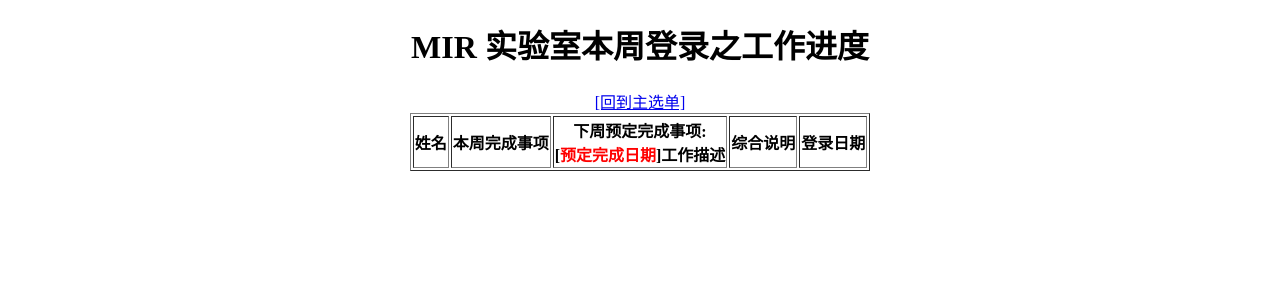
Repository: Cucujn/TRY
Page: http://localhost/WeeklyReport/listEachWeek.jsp?weekDiff=0
An editor plug-in stored every save of this project. The page is shown before and after the next save, followed by the edit.
The browser window is 1280 px wide. The pictures show the whole page.
The page is served by Tomcat 9. Other server files are loaded and not shown.

Above is the page before, as saved 2017-12-05 11:48:31.

### WeeklyReport/WebContent/listEachWeek.jsp
<%@ page language="java" contentType="text/html; charset=UTF-8"
    pageEncoding="UTF-8"%>
<%@ page import="java.io.*,java.sql.*,java.util.*" %>
<%@ page import="com.database.*" %>
<jsp:useBean id="DB" class="com.database.Db" scope="page"></jsp:useBean>
<!DOCTYPE html PUBLIC "-//W3C//DTD HTML 4.01 Transitional//EN" "http://www.w3.org/TR/html4/loose.dtd">
<html>
<head>
<meta http-equiv="Content-Type" content="text/html; charset=UTF-8">
<%
	String day = request.getParameter("weekDiff");
%>
	<% if("0".equals(day)){ %>
	<title>实验室本周之工作进度</title>
	<center>
	<h1>MIR 实验室本周登录之工作进度</h1>
	</center>
	<%}else{ %>
	<title>MIR 实验室前<%=day%>周登录之工作进度</title>
	<center>
	<h1>MIR 实验室周前<%=day%> 周登录之工作进度</h1>
	</center>
	<%}
%>
<%
	ResultSet rs = null;
%>
</head>
<body>
<center><a href="default.jsp">[回到主选单]</a></center>
<table border="1" align="center">
<tr>
	<th>姓名</th>
	<th>本周完成事项</th>
	<th>下周预定完成事项:<br>[<font color="red">预定完成日期</font>]工作描述</th>
	<th>综合说明</th>
	<th>登录日期</th>
</tr>
</table>
</body>
</html>

### WeeklyReport/src/com/database/Db.java
package com.database;
import java.sql.*;
public class Db {
	private static final String driver = "com.mysql.jdbc.Driver";
	private static final String url = "jdbc:mysql://localhost:3306/chhenjn?useUnicode=true&characterEncoding=UTF-8";
	private static final String username = "root";
	private static final String password = "123456";
	public static Connection conn = null;

	// 静态代码块负责加载驱动

	static {
		try {
			Class.forName(driver);
		} catch (Exception ex) {
			ex.printStackTrace();
		}
	}

	/*
	 * 单例模式返回数据库连接对象
	 */
	//连接数据库
	public static Connection getConnection() throws Exception {
		if (conn == null) {
			conn = DriverManager.getConnection(url, username, password);
			return conn;
		}
		return conn;
	}
	//选择
	public ResultSet select(String sql) throws Exception {
        Connection conn = null;
        Statement stmt = null;
        ResultSet rs = null;
        try {
            conn = getConnection();
            stmt = conn.createStatement();
            rs = ((java.sql.Statement) stmt).executeQuery(sql);
            return rs;
        } catch (SQLException sqle) {
            throw new SQLException("select data exception: "
                    + sqle.getMessage());
        } catch (Exception e) {
            throw new Exception("System e exception: " + e.getMessage());
        }

    }

	// 增加记录
		public void insert(String sql) throws Exception {
	        Connection conn = null;
	        PreparedStatement ps = null;
	        try {
	            conn = getConnection();
	            ps = (PreparedStatement) conn.prepareStatement(sql);
	            ps.executeUpdate();
	        } catch (SQLException sqle) {
	            throw new Exception("insert data exception: " + sqle.getMessage());
	        } finally {
	            try {
	                if (ps != null) {
	                    ps.close();
	                }
	            } catch (Exception e) {
	                throw new Exception("ps close exception: " + e.getMessage());
	            }
	        }
	        try {
	            if (conn != null) {
	                conn.close();
	            }
	        } catch (Exception e) {
	            throw new Exception("connection close exception: " + e.getMessage());
	        }
	    }

		// 更新
		public void update(String sql) throws Exception {
		        Connection conn = null;
		        PreparedStatement ps = null;
		        try {
		            conn = getConnection();
		            ps = (PreparedStatement) conn.prepareStatement(sql);
		            ps.executeUpdate();
		        } catch (SQLException sqle) {
		            throw new Exception("update exception: " + sqle.getMessage());
		        } finally {
		            try {
		                if (ps != null) {
		                    ps.close();
		                }
		            } catch (Exception e) {
		                throw new Exception("ps close exception: " + e.getMessage());
		            }
		        }
		        try {
		            if (conn != null) {
		                conn.close();
		            }
		        } catch (Exception e) {
		            throw new Exception("connection close exception: " + e.getMessage());
		        }
		    }

		//删除
		 public void delete(String sql) throws Exception {
		        Connection conn = null;
		        PreparedStatement ps = null;
		        try {
		            conn = getConnection();
		            ps = (PreparedStatement) conn.prepareStatement(sql);
		            ps.executeUpdate();
		        } catch (SQLException sqle) {
		            throw new Exception("delete data exception: " + sqle.getMessage());
		        } finally {
		            try {
		                if (ps != null) {
		                    ps.close();
		                }
		            } catch (Exception e) {
		                throw new Exception("ps close exception: " + e.getMessage());
		            }
		        }
		        try {
		            if (conn != null) {
		                conn.close();
		            }
		        } catch (Exception e) {
		            throw new Exception("connection close exception: " + e.getMessage());
		        }
		    }


}

After the next save:
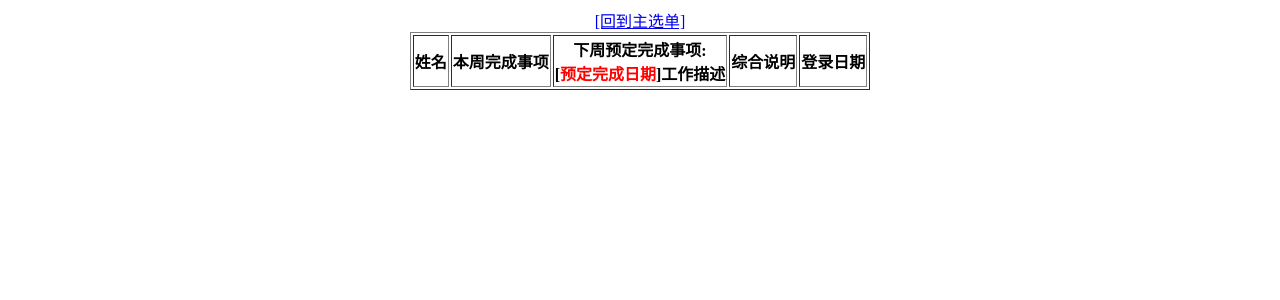
Saved 47 min 3 s later.
--- a/WeeklyReport/WebContent/listEachWeek.jsp
+++ b/WeeklyReport/WebContent/listEachWeek.jsp
@@ -9,19 +9,15 @@
 <meta http-equiv="Content-Type" content="text/html; charset=UTF-8">
 <%
 	String day = request.getParameter("weekDiff");
+	String tablename =null;
+	String week = null;
 %>
-	<% if("0".equals(day)){ %>
-	<title>实验室本周之工作进度</title>
-	<center>
-	<h1>MIR 实验室本周登录之工作进度</h1>
-	</center>
-	<%}else{ %>
-	<title>MIR 实验室前<%=day%>周登录之工作进度</title>
-	<center>
-	<h1>MIR 实验室周前<%=day%> 周登录之工作进度</h1>
-	</center>
-	<%}
-%>
+	<%
+		if("0".equals(day)){
+		tablename="week0";
+		week="本周";
+	   }
+	%>
 <%
 	ResultSet rs = null;
 %>

After the save that followed:
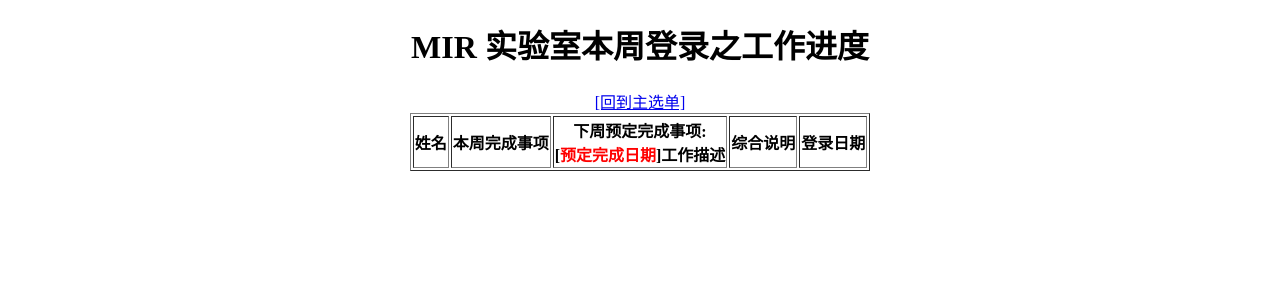
Saved 7 min 25 s later.
--- a/WeeklyReport/WebContent/listEachWeek.jsp
+++ b/WeeklyReport/WebContent/listEachWeek.jsp
@@ -7,22 +7,40 @@
 <html>
 <head>
 <meta http-equiv="Content-Type" content="text/html; charset=UTF-8">
-<%
-	String day = request.getParameter("weekDiff");
-	String tablename =null;
-	String week = null;
-%>
+	<%
+		String day = request.getParameter("weekDiff");
+		String tablename =null;
+		String week = null;
+	%>
 	<%
 		if("0".equals(day)){
-		tablename="week0";
-		week="本周";
-	   }
+			tablename="week0";
+			week="本周";
+		}
+		else if("1".equals(day)) {
+			tablename="week1";
+			week="前一周";
+		}
+		else if("2".equals(day)) {
+			tablename="week2";
+			week="前两周";
+		}
+		else if("3".equals(day)) {
+			tablename="week3";
+			week="前三周";
+		}
+		else if("4".equals(day)) {
+			tablename="week4";
+			week="前四周";
+		}
 	%>
-<%
-	ResultSet rs = null;
-%>
+	<%
+		ResultSet rs = null;
+	%>
+<title>MIR 实验室<%=week %>登录之工作进度</title>
 </head>
 <body>
+<center><h1>MIR 实验室<%=week %>登录之工作进度</h1></center>
 <center><a href="default.jsp">[回到主选单]</a></center>
 <table border="1" align="center">
 <tr>
